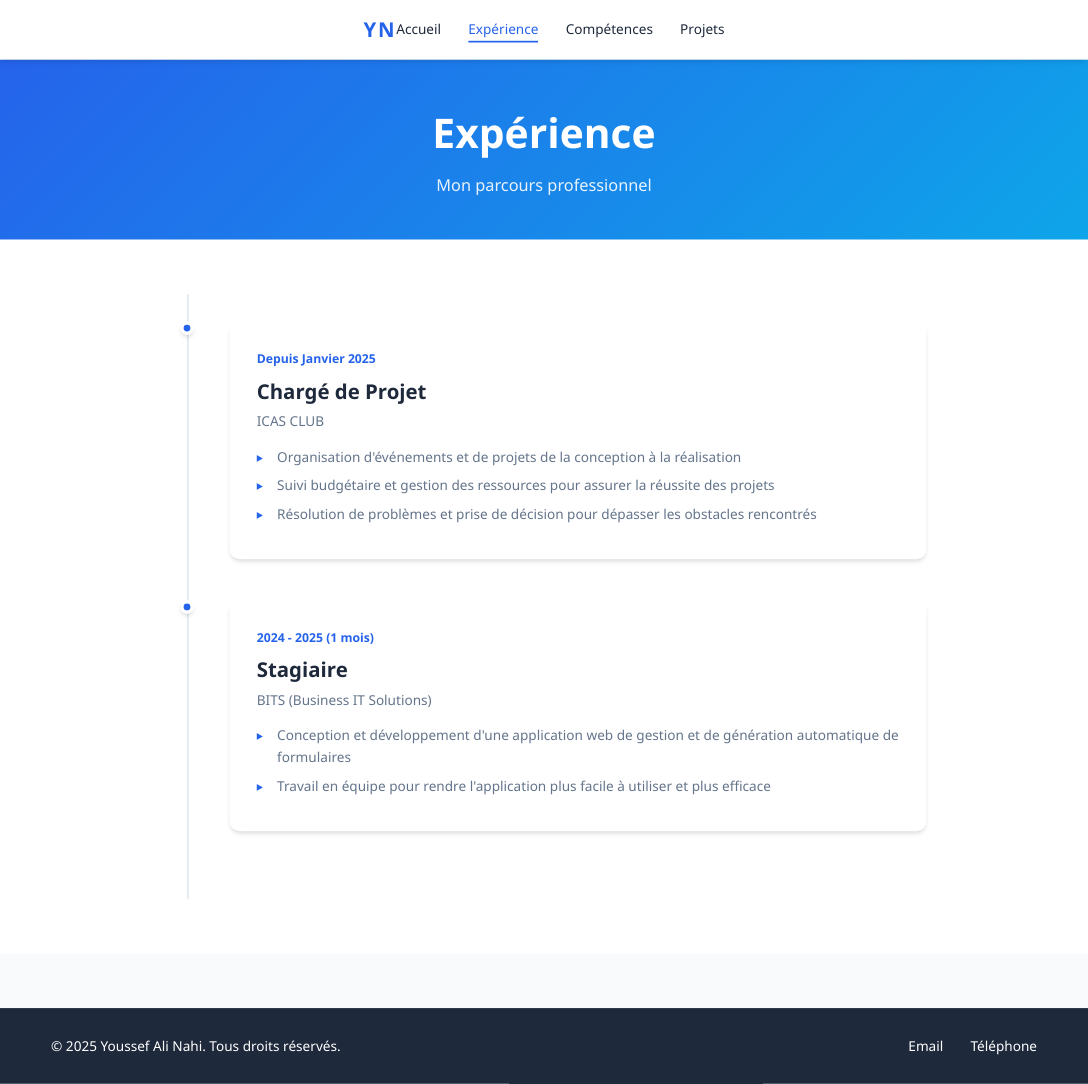
Repository: Youssef-Nahi504/My_Portfolio
Page: experience.html
An editor plug-in stored every save of this project. The page is shown before and after a run of saves, followed by the edit.
The browser window is 1280 px wide. The pictures show the whole page, at 85% of full size.

Above is the page before, as saved 2025-12-19 16:11:53.

### experience.html
<!DOCTYPE html>
<html lang="fr">
<head>
    <meta charset="UTF-8">
    <meta name="viewport" content="width=device-width, initial-scale=1.0">
    <title>Expérience - Youssef Ali Nahi</title>
    <link rel="stylesheet" href="style.css">
</head>
<body>
    <nav class="navbar">
        <div class="nav-container">
            <div class="logo">YN</div>
            <ul class="nav-menu">
                <li><a href="index.html">Accueil</a></li>
                <li><a href="experience.html" class="active">Expérience</a></li>
                <li><a href="competences.html">Compétences</a></li>
                <li><a href="projets.html">Projets</a></li>
            </ul>
            <div class="hamburger">
                <span></span>
                <span></span>
                <span></span>
            </div>
        </div>
    </nav>

    <main>
        <section class="page-header">
            <div class="container">
                <h1>Expérience</h1>
                <p>Mon parcours professionnel</p>
            </div>
        </section>

        <section class="experience-section">
            <div class="container">
                <div class="timeline">
                    <div class="timeline-item">
                        <div class="timeline-marker"></div>
                        <div class="timeline-content">
                            <div class="timeline-date">Depuis Janvier 2025</div>
                            <h3>Chargé de Projet</h3>
                            <h4>ICAS CLUB</h4>
                            <ul>
                                <li>Organisation d'événements et de projets de la conception à la réalisation</li>
                                <li>Suivi budgétaire et gestion des ressources pour assurer la réussite des projets</li>
                                <li>Résolution de problèmes et prise de décision pour dépasser les obstacles rencontrés</li>
                            </ul>
                        </div>
                    </div>

                    <div class="timeline-item">
                        <div class="timeline-marker"></div>
                        <div class="timeline-content">
                            <div class="timeline-date">2024 - 2025 (1 mois)</div>
                            <h3>Stagiaire</h3>
                            <h4>BITS (Business IT Solutions)</h4>
                            <ul>
                                <li>Conception et développement d'une application web de gestion et de génération automatique de formulaires</li>
                                <li>Travail en équipe pour rendre l'application plus facile à utiliser et plus efficace</li>
                            </ul>
                        </div>
                    </div>
                </div>
            </div>
        </section>


    </main>

    <footer>
        <div class="container">
            <p>&copy; 2025 Youssef Ali Nahi. Tous droits réservés.</p>
            <div class="footer-links">
                <a href="mailto:nahiyoussef02@gmail.com">Email</a>
                <a href="tel:+212619303473">Téléphone</a>
            </div>
        </div>
    </footer>

    <script src="file.js"></script>
</body>
</html>

### style.css
* {
    margin: 0;
    padding: 0;
    box-sizing: border-box;
}

:root {
    --primary-color: #2563eb;
    --primary-dark: #1e40af;
    --secondary-color: #64748b;
    --accent-color: #0ea5e9;
    --text-dark: #1e293b;
    --text-light: #64748b;
    --bg-light: #f8fafc;
    --bg-white: #ffffff;
    --border-color: #e2e8f0;
    --shadow: 0 4px 6px -1px rgba(0, 0, 0, 0.1), 0 2px 4px -1px rgba(0, 0, 0, 0.06);
    --shadow-lg: 0 10px 15px -3px rgba(0, 0, 0, 0.1), 0 4px 6px -2px rgba(0, 0, 0, 0.05);
}

body {
    font-family: 'Segoe UI', Tahoma, Geneva, Verdana, sans-serif;
    line-height: 1.6;
    color: var(--text-dark);
    background-color: var(--bg-light);
}

.container {
    max-width: 1200px;
    margin: 0 auto;
    padding: 0 20px;
}

/* Navigation */
.navbar {
    background: var(--bg-white);
    box-shadow: var(--shadow);
    position: sticky;
    top: 0;
    z-index: 1000;
    padding: 1rem 0;
}

.nav-container {
    max-width: 1200px;
    margin: 0 auto;
    padding: 0 20px;
    display: flex;
  justify-content: center; /* horizontal */
  align-items: center;
}

.logo {
    font-size: 1.5rem;
    font-weight: bold;
    color: var(--primary-color);
    letter-spacing: 2px;
}

.nav-menu {
    display: flex;
    list-style: none;
    gap: 2rem;
}

.nav-menu a {
    text-decoration: none;
    color: var(--text-dark);
    font-weight: 500;
    transition: color 0.3s ease;
    position: relative;
}

.nav-menu a:hover,
.nav-menu a.active {
    color: var(--primary-color);
}

.nav-menu a.active::after {
    content: '';
    position: absolute;
    bottom: -5px;
    left: 0;
    width: 100%;
    height: 2px;
    background: var(--primary-color);
}

.hamburger {
    display: none;
    flex-direction: column;
    cursor: pointer;
    gap: 4px;
}

.hamburger span {
    width: 25px;
    height: 3px;
    background: var(--text-dark);
    transition: all 0.3s ease;
}

/* Hero Section */
.hero {
    background: linear-gradient(135deg, var(--primary-color) 0%, var(--accent-color) 100%);
    color: white;
    padding: 4rem 0;
    min-height: 80vh;
    display: flex;
    align-items: center;
}

.hero-content {
    max-width: 1200px;
    margin: 0 auto;
    padding: 0 20px;
    display: grid;
    grid-template-columns: 1fr 1fr;
    gap: 3rem;
    align-items: center;
}

.hero-text h1 {
    font-size: 3rem;
    margin-bottom: 0.5rem;
    font-weight: 700;
}

.hero-text h2 {
    font-size: 1.5rem;
    margin-bottom: 1.5rem;
    opacity: 0.9;
    font-weight: 400;
}

.hero-subtitle {
    font-size: 1.1rem;
    margin-bottom: 2rem;
    opacity: 0.95;
    line-height: 1.8;
}

.hero-buttons {
    display: flex;
    gap: 1rem;
    flex-wrap: wrap;
}

.btn {
    padding: 0.75rem 2rem;
    border-radius: 8px;
    text-decoration: none;
    font-weight: 600;
    transition: all 0.3s ease;
    display: inline-block;
}

.btn-primary {
    background: white;
    color: var(--primary-color);
}

.btn-primary:hover {
    transform: translateY(-2px);
    box-shadow: var(--shadow-lg);
}

.btn-secondary {
    background: transparent;
    color: white;
    border: 2px solid white;
}

.btn-secondary:hover {
    background: white;
    color: var(--primary-color);
}

.profile-card {
    background: rgba(255, 255, 255, 0.1);
    backdrop-filter: blur(10px);
    border-radius: 16px;
    padding: 2rem;
    border: 1px solid rgba(255, 255, 255, 0.2);
}

.profile-info p {
    margin-bottom: 1rem;
    font-size: 1rem;
}

.profile-info strong {
    display: inline-block;
    width: 140px;
}

/* About Section */
.about {
    padding: 4rem 0;
    background: var(--bg-white);
}

.section-title {
    font-size: 2.5rem;
    margin-bottom: 2rem;
    text-align: center;
    color: var(--text-dark);
}

.about-content {
    max-width: 800px;
    margin: 0 auto 3rem;
    text-align: center;
}

.about-content p {
    font-size: 1.1rem;
    color: var(--text-light);
    margin-bottom: 1.5rem;
    line-height: 1.8;
}

.quick-links {
    display: grid;
    grid-template-columns: repeat(auto-fit, minmax(250px, 1fr));
    gap: 2rem;
    margin-top: 3rem;
}

.quick-link-card {
    background: var(--bg-white);
    padding: 2rem;
    border-radius: 12px;
    text-decoration: none;
    color: var(--text-dark);
    box-shadow: var(--shadow);
    transition: all 0.3s ease;
    border: 2px solid transparent;
}

.quick-link-card:hover {
    transform: translateY(-5px);
    box-shadow: var(--shadow-lg);
    border-color: var(--primary-color);
}

.quick-link-card h3 {
    color: var(--primary-color);
    margin-bottom: 0.5rem;
    font-size: 1.5rem;
}

.quick-link-card p {
    color: var(--text-light);
}

/* Page Header */
.page-header {
    background: linear-gradient(135deg, var(--primary-color) 0%, var(--accent-color) 100%);
    color: white;
    padding: 3rem 0;
    text-align: center;
}

.page-header h1 {
    font-size: 3rem;
    margin-bottom: 0.5rem;
}

.page-header p {
    font-size: 1.2rem;
    opacity: 0.9;
}

/* Experience Section */
.experience-section {
    padding: 4rem 0;
    background: var(--bg-white);
}

.timeline {
    position: relative;
    max-width: 900px;
    margin: 0 auto;
    padding: 2rem 0;
}

.timeline::before {
    content: '';
    position: absolute;
    left: 30px;
    top: 0;
    bottom: 0;
    width: 2px;
    background: var(--border-color);
}

.timeline-item {
    position: relative;
    margin-bottom: 3rem;
    padding-left: 80px;
}

.timeline-marker {
    position: absolute;
    left: 22px;
    top: 0;
    width: 16px;
    height: 16px;
    border-radius: 50%;
    background: var(--primary-color);
    border: 4px solid var(--bg-white);
    box-shadow: var(--shadow);
}

.timeline-content {
    background: var(--bg-white);
    padding: 2rem;
    border-radius: 12px;
    box-shadow: var(--shadow);
    transition: all 0.3s ease;
}

.timeline-content:hover {
    box-shadow: var(--shadow-lg);
    transform: translateX(5px);
}

.timeline-date {
    color: var(--primary-color);
    font-weight: 600;
    margin-bottom: 0.5rem;
    font-size: 0.9rem;
}

.timeline-content h3 {
    color: var(--text-dark);
    margin-bottom: 0.25rem;
    font-size: 1.5rem;
}

.timeline-content h4 {
    color: var(--text-light);
    margin-bottom: 1rem;
    font-weight: 500;
}

.timeline-content ul {
    list-style: none;
    padding-left: 0;
}

.timeline-content li {
    padding-left: 1.5rem;
    position: relative;
    margin-bottom: 0.5rem;
    color: var(--text-light);
}

.timeline-content li::before {
    content: '▸';
    position: absolute;
    left: 0;
    color: var(--primary-color);
}

/* Education Section */
.education-section {
    padding: 4rem 0;
    background: var(--bg-light);
}

.education-grid {
    display: grid;
    grid-template-columns: repeat(auto-fit, minmax(300px, 1fr));
    gap: 2rem;
    max-width: 900px;
    margin: 0 auto;
}

.education-card {
    background: var(--bg-white);
    padding: 2rem;
    border-radius: 12px;
    box-shadow: var(--shadow);
    transition: all 0.3s ease;
    border-top: 4px solid var(--primary-color);
}

.education-card:hover {
    transform: translateY(-5px);
    box-shadow: var(--shadow-lg);
}

.education-year {
    color: var(--primary-color);
    font-weight: 600;
    margin-bottom: 1rem;
    font-size: 0.9rem;
}

.education-card h3 {
    color: var(--text-dark);
    margin-bottom: 0.5rem;
    font-size: 1.3rem;
}

.education-card h4 {
    color: var(--text-light);
    margin-bottom: 1rem;
    font-weight: 500;
}

.education-institution {
    color: var(--text-light);
    font-style: italic;
}

/* Skills Section */
.skills-section {
    padding: 4rem 0;
    background: var(--bg-white);
}

.skills-category {
    margin-bottom: 4rem;
}

.category-title {
    font-size: 2rem;
    margin-bottom: 2rem;
    color: var(--text-dark);
    text-align: center;
}

.skills-grid {
    display: grid;
    grid-template-columns: repeat(auto-fit, minmax(250px, 1fr));
    gap: 2rem;
}

.skill-group {
    background: var(--bg-light);
    padding: 1.5rem;
    border-radius: 12px;
    border-left: 4px solid var(--primary-color);
}

.skill-group h3 {
    color: var(--text-dark);
    margin-bottom: 1rem;
    font-size: 1.2rem;
}

.skill-tags {
    display: flex;
    flex-wrap: wrap;
    gap: 0.5rem;
}

.skill-tag {
    background: var(--primary-color);
    color: white;
    padding: 0.5rem 1rem;
    border-radius: 20px;
    font-size: 0.9rem;
    font-weight: 500;
}

.soft-skills-grid {
    display: grid;
    grid-template-columns: repeat(auto-fit, minmax(200px, 1fr));
    gap: 1.5rem;
}

.soft-skill-card {
    background: linear-gradient(135deg, var(--primary-color) 0%, var(--accent-color) 100%);
    color: white;
    padding: 2rem;
    border-radius: 12px;
    text-align: center;
    transition: all 0.3s ease;
}

.soft-skill-card:hover {
    transform: translateY(-5px);
    box-shadow: var(--shadow-lg);
}

.soft-skill-card h3 {
    font-size: 1.2rem;
}

.languages-grid,
.interests-grid {
    display: grid;
    grid-template-columns: repeat(auto-fit, minmax(200px, 1fr));
    gap: 1.5rem;
}

.language-card,
.interest-card {
    background: var(--bg-white);
    padding: 2rem;
    border-radius: 12px;
    box-shadow: var(--shadow);
    text-align: center;
    transition: all 0.3s ease;
    border-top: 4px solid var(--accent-color);
}

.language-card:hover,
.interest-card:hover {
    transform: translateY(-5px);
    box-shadow: var(--shadow-lg);
}

.language-card h3,
.interest-card h3 {
    color: var(--text-dark);
    margin-bottom: 0.5rem;
    font-size: 1.3rem;
}

.language-card p {
    color: var(--text-light);
    font-weight: 500;
}

/* Projects Section */
.projects-section {
    padding: 4rem 0;
    background: var(--bg-white);
}

.projects-grid {
    display: grid;
    grid-template-columns: repeat(auto-fit, minmax(300px, 1fr));
    gap: 2rem;
}

.project-card {
    background: var(--bg-white);
    padding: 2rem;
    border-radius: 12px;
    box-shadow: var(--shadow);
    transition: all 0.3s ease;
    border-top: 4px solid var(--primary-color);
}

.project-card:hover {
    transform: translateY(-5px);
    box-shadow: var(--shadow-lg);
}

.project-icon {
    font-size: 3rem;
    margin-bottom: 1rem;
}

.project-card h3 {
    color: var(--text-dark);
    margin-bottom: 0.75rem;
    font-size: 1.4rem;
}

.project-tech {
    color: var(--primary-color);
    font-weight: 600;
    margin-bottom: 1rem;
    font-size: 0.9rem;
}

.project-description {
    color: var(--text-light);
    line-height: 1.7;
}

/* Footer */
footer {
    background: var(--text-dark);
    color: white;
    padding: 2rem 0;
    margin-top: 4rem;
}

footer .container {
    display: flex;
    justify-content: space-between;
    align-items: center;
    flex-wrap: wrap;
    gap: 1rem;
}

.footer-links {
    display: flex;
    gap: 2rem;
}

.footer-links a {
    color: white;
    text-decoration: none;
    transition: color 0.3s ease;
}

.footer-links a:hover {
    color: var(--accent-color);
}

/* Responsive Design */
@media (max-width: 768px) {
    .hamburger {
        display: flex;
    }

    .nav-menu {
        position: fixed;
        left: -100%;
        top: 70px;
        flex-direction: column;
        background: var(--bg-white);
        width: 100%;
        text-align: center;
        transition: 0.3s;
        box-shadow: var(--shadow);
        padding: 2rem 0;
        gap: 0;
    }

    .nav-menu.active {
        left: 0;
    }

    .nav-menu li {
        margin: 1rem 0;
    }

    .hero-content {
        grid-template-columns: 1fr;
        text-align: center;
    }

    .hero-text h1 {
        font-size: 2rem;
    }

    .hero-text h2 {
        font-size: 1.2rem;
    }

    .section-title {
        font-size: 2rem;
    }

    .page-header h1 {
        font-size: 2rem;
    }

    .timeline::before {
        left: 15px;
    }

    .timeline-item {
        padding-left: 50px;
    }

    .timeline-marker {
        left: 7px;
    }

    .quick-links {
        grid-template-columns: 1fr;
    }

    footer .container {
        flex-direction: column;
        text-align: center;
    }
}

@media (max-width: 480px) {
    .hero {
        padding: 2rem 0;
        min-height: auto;
    }

    .hero-text h1 {
        font-size: 1.5rem;
    }

    .btn {
        padding: 0.6rem 1.5rem;
        font-size: 0.9rem;
    }

    .projects-grid,
    .education-grid {
        grid-template-columns: 1fr;
    }
}

### file.js
// Mobile Navigation Toggle
const hamburger = document.querySelector('.hamburger');
const navMenu = document.querySelector('.nav-menu');

if (hamburger && navMenu) {
    hamburger.addEventListener('click', () => {
        navMenu.classList.toggle('active');

        // Animate hamburger
        const spans = hamburger.querySelectorAll('span');
        if (navMenu.classList.contains('active')) {
            spans[0].style.transform = 'rotate(45deg) translate(5px, 5px)';
            spans[1].style.opacity = '0';
            spans[2].style.transform = 'rotate(-45deg) translate(7px, -6px)';
        } else {
            spans[0].style.transform = 'none';
            spans[1].style.opacity = '1';
            spans[2].style.transform = 'none';
        }
    });

    // Close menu when clicking on a link
    document.querySelectorAll('.nav-menu a').forEach(link => {
        link.addEventListener('click', () => {
            navMenu.classList.remove('active');
            const spans = hamburger.querySelectorAll('span');
            spans[0].style.transform = 'none';
            spans[1].style.opacity = '1';
            spans[2].style.transform = 'none';
        });
    });

    // Close menu when clicking outside
    document.addEventListener('click', (e) => {
        if (!hamburger.contains(e.target) && !navMenu.contains(e.target)) {
            navMenu.classList.remove('active');
            const spans = hamburger.querySelectorAll('span');
            spans[0].style.transform = 'none';
            spans[1].style.opacity = '1';
            spans[2].style.transform = 'none';
        }
    });
}

// Smooth scroll for anchor links
document.querySelectorAll('a[href^="#"]').forEach(anchor => {
    anchor.addEventListener('click', function (e) {
        e.preventDefault();
        const target = document.querySelector(this.getAttribute('href'));
        if (target) {
            target.scrollIntoView({
                behavior: 'smooth',
                block: 'start'
            });
        }
    });
});

// Add scroll animation
const observerOptions = {
    threshold: 0.1,
    rootMargin: '0px 0px -50px 0px'
};

const observer = new IntersectionObserver((entries) => {
    entries.forEach(entry => {
        if (entry.isIntersecting) {
            entry.target.style.opacity = '1';
            entry.target.style.transform = 'translateY(0)';
        }
    });
}, observerOptions);

// Observe elements for animation
document.addEventListener('DOMContentLoaded', () => {
    const animateElements = document.querySelectorAll('.project-card, .education-card, .timeline-item, .skill-group, .soft-skill-card, .language-card, .interest-card, .quick-link-card');

    animateElements.forEach(el => {
        el.style.opacity = '0';
        el.style.transform = 'translateY(20px)';
        el.style.transition = 'opacity 0.6s ease, transform 0.6s ease';
        observer.observe(el);
    });
});

// Add active page highlighting
document.addEventListener('DOMContentLoaded', () => {
    const currentPage = window.location.pathname.split('/').pop() || 'index.html';
    const navLinks = document.querySelectorAll('.nav-menu a');

    navLinks.forEach(link => {
        const linkPage = link.getAttribute('href');
        if (linkPage === currentPage || (currentPage === '' && linkPage === 'index.html')) {
            link.classList.add('active');
        } else {
            link.classList.remove('active');
        }
    });
});

After the next 3 saves:
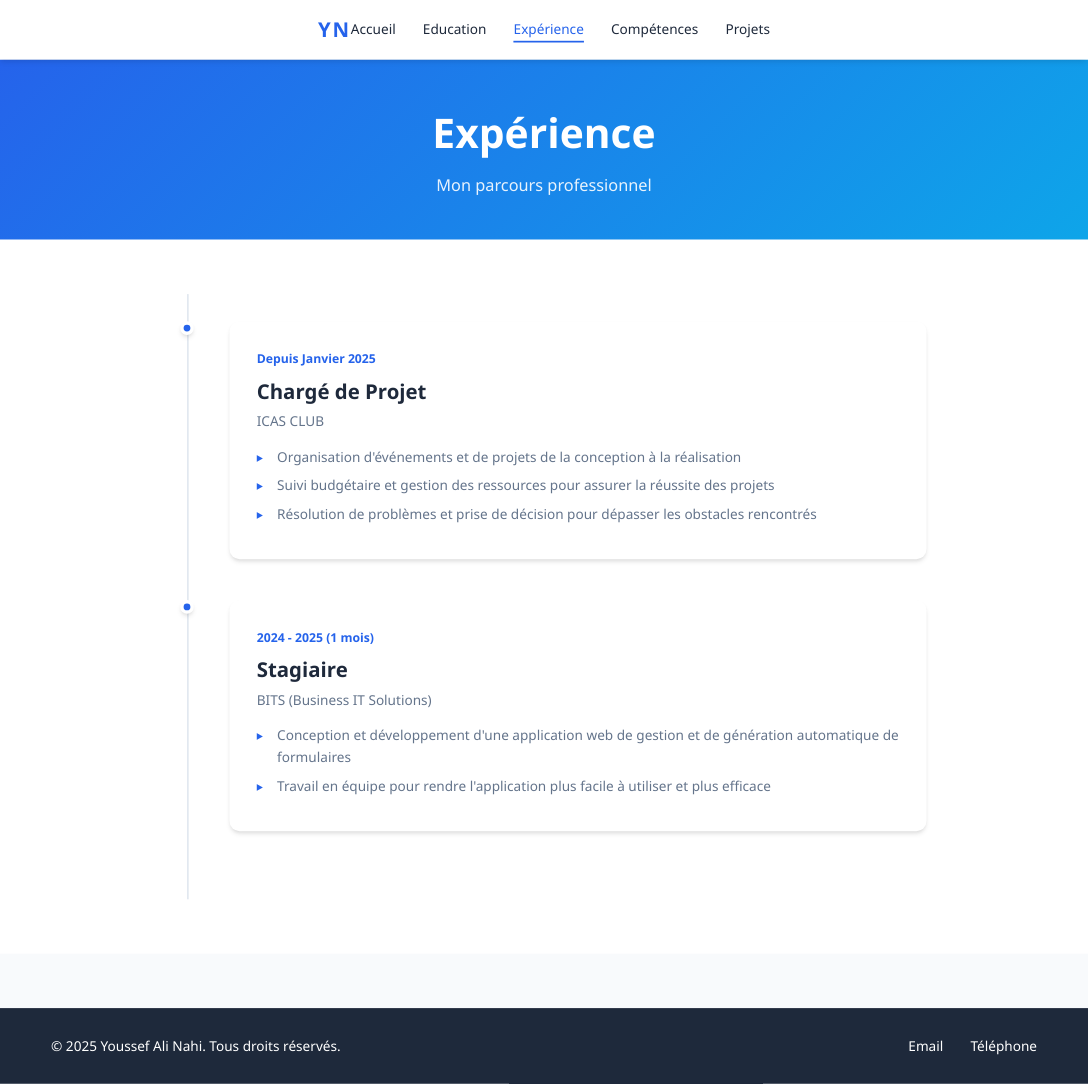
The 3 saves are shown as one change because they came seconds apart.
The last was saved 16 s later.
--- a/experience.html
+++ b/experience.html
@@ -12,6 +12,7 @@
             <div class="logo">YN</div>
             <ul class="nav-menu">
                 <li><a href="index.html">Accueil</a></li>
+                <li><a href="Education.html">Education</a></li>
                 <li><a href="experience.html" class="active">Expérience</a></li>
                 <li><a href="competences.html">Compétences</a></li>
                 <li><a href="projets.html">Projets</a></li>
